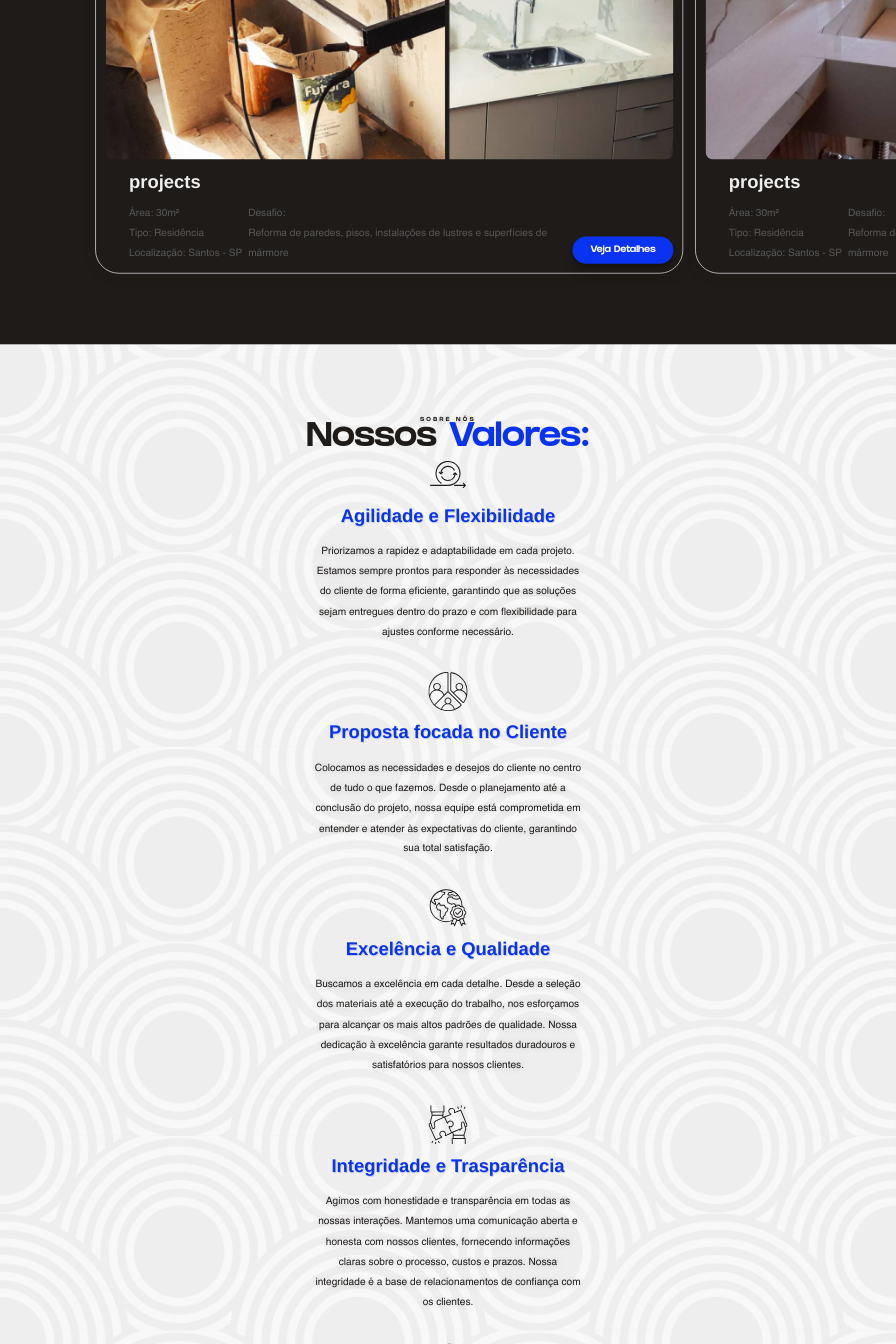
Repository: lucastdcs/ReforMar
Page: /portfolio
The author's editor kept a copy of each file at every save. The page is drawn from the files as they stood at one save, then again after a run of saves.
The browser window is 1280 px wide. The pictures show the part of the page from y = 1157 to 3077 px (the page is 6908 px tall before and 6882 px after), at 70% of full size.
Backgrounds fixed to the window are drawn as part of the page. The project was rebuilt for these pictures with package versions that can differ from the ones it lists, and the page was loaded fresh each time. Also part of the build but not shown: vite.config.js, src/Components/EmailPopUp/EmailPopUp.styled.js, src/Components/EmailPopUp/EmailPopUp.jsx, src/Components/ServicesCard/ServicesCard.styled.js, src/Components/ServicesCard/ServicesCard.jsx, src/Components/Badges/Badges.styled.js, src/Components/Badges/Badges.jsx, src/Components/Carrousel/Carousel.styled.js and 7 more.

Above is the page before, as saved 2024-10-11 14:11:28.

After the next 3 saves:
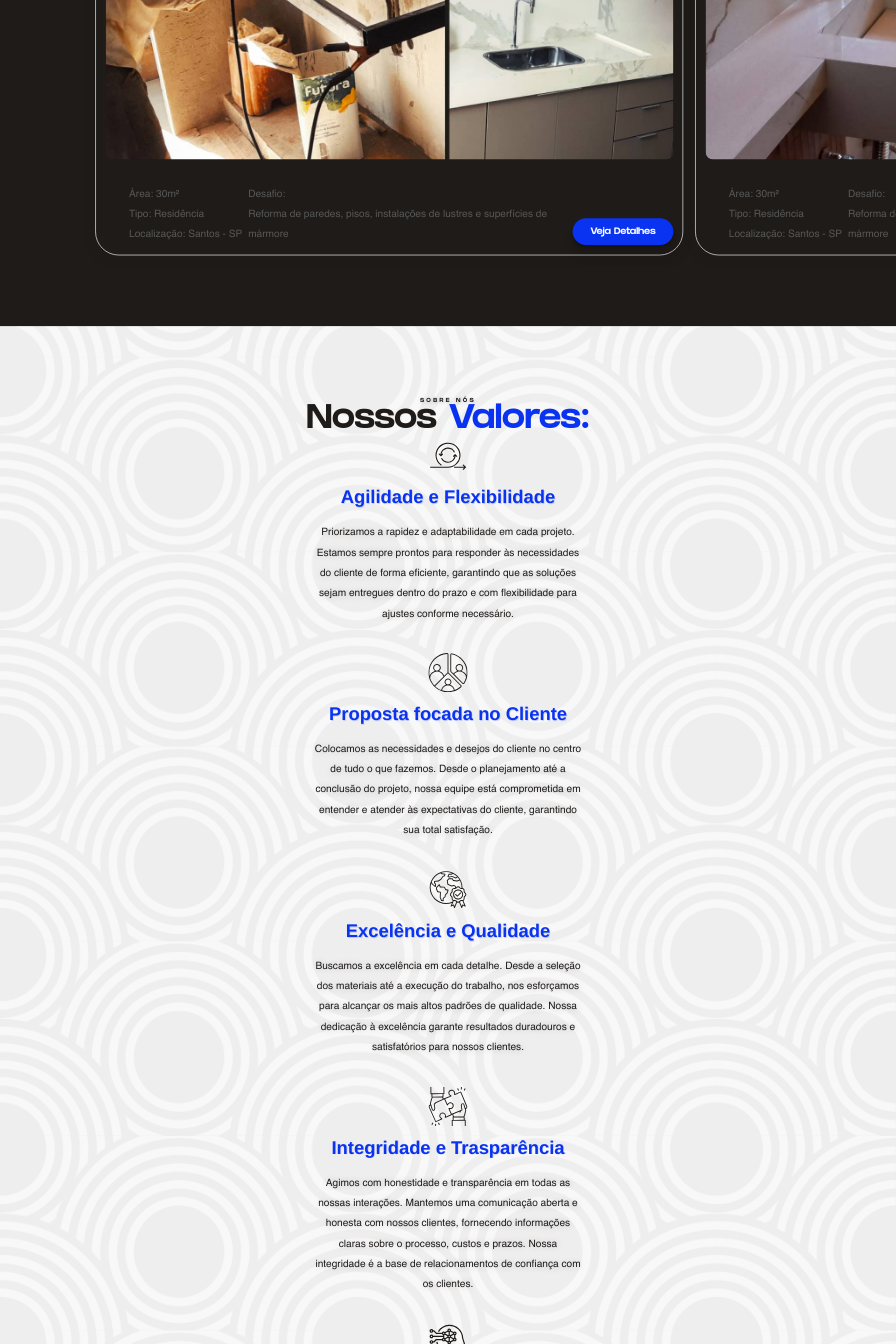
The 3 saves are shown as one change because 1 did not build or start and some came seconds apart.
The last was saved 15 s later.
--- a/src/Pages/Portfolio.jsx
+++ b/src/Pages/Portfolio.jsx
@@ -181,7 +181,7 @@ const Portfolio = () => {
               <Card
                 className="project_card"
                 img={project.mainImgs.thumbnail}
-                title="projects"
+                title={project.deta}
                 feedbackStars="4"
                 rating={4}
                 duration="1 Semana"
